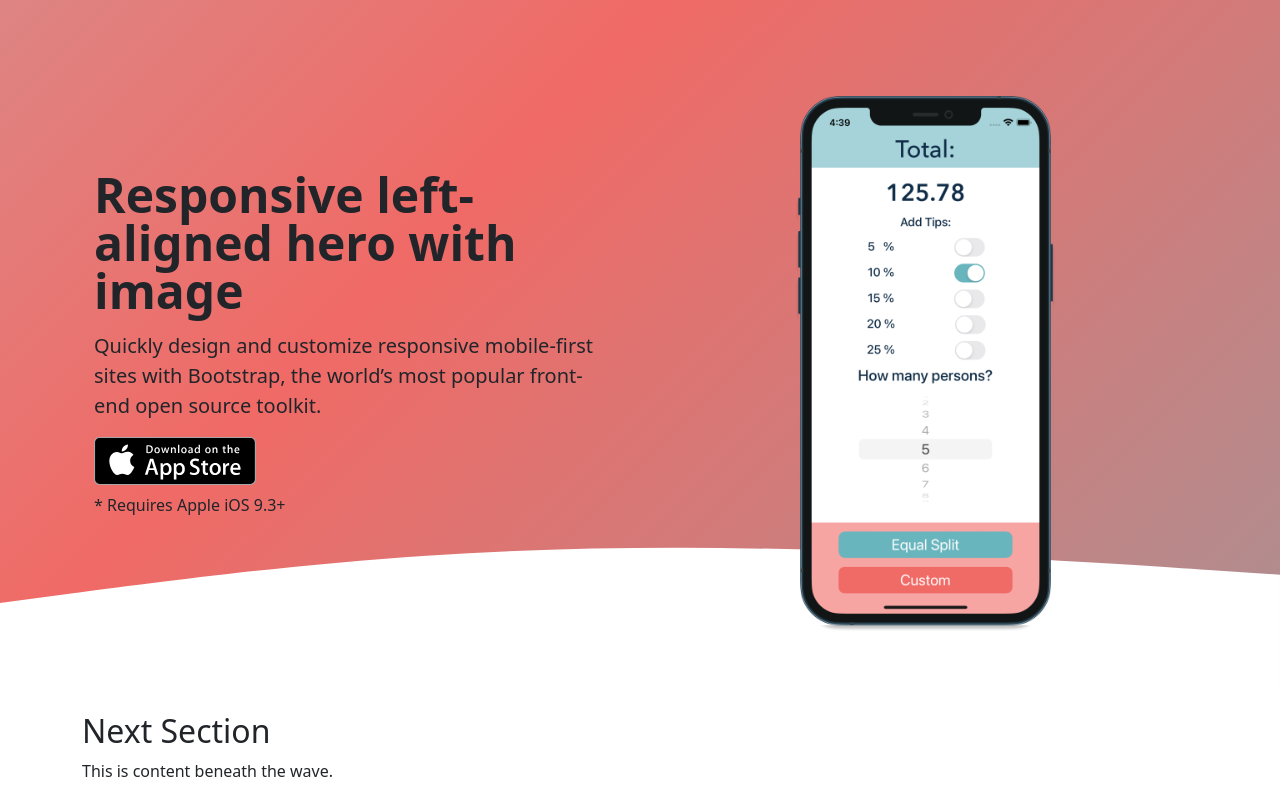
Repository: lyutok/iOS
Page: Billequal_landpage/index.html
These files come from the project's save history. The page is drawn as it stood at one moment and after the next save; the edit follows.
The browser window is 1280 px wide. The pictures show the whole page.

Above is the page before, as saved 2025-10-17 00:24:47.

### Billequal_landpage/index.html
<!DOCTYPE html>
<html lang="en">
<head>
  <meta charset="UTF-8">
  <meta name="viewport" content="width=device-width, initial-scale=1.0">
  <title>Billequal</title>
  <link href="https://cdn.jsdelivr.net/npm/bootstrap@5.2.3/dist/css/bootstrap.min.css" rel="stylesheet" integrity="sha384-rbsA2VBKQhggwzxH7pPCaAqO46MgnOM80zW1RWuH61DGLwZJEdK2Kadq2F9CUG65" crossorigin="anonymous">
  <link rel="stylesheet" href="./css/style.css">
</head>
<body>
<section id="main" class="gradient-background position-relative overflow-hidden">
  <div class="container col-xxl-8 px-4 py-5 position-relative" style="z-index: 2;">
    <div class="row flex-lg-row-reverse align-items-center g-5 py-5">
      <div class="col-10 col-sm-8 col-lg-6">
        <img src="./images/Billequal_home.png"
             class="d-block mx-lg-auto img-fluid hero-image"
             alt="billequal screenshot"
             height="50 %"
             loading="lazy">
      </div>
      <div class="col-lg-6">
        <h1 class="display-5 fw-bold lh-1 mb-3">
          Responsive left-aligned hero with image
        </h1>
        <p class="lead">
          Quickly design and customize responsive mobile-first sites with Bootstrap, the world’s most popular front-end open source toolkit.
        </p>
        <div class="mb-5 mb-lg-0">
          <a class="me-3" href="#!">
            <img src="./images/app-store-badge.svg" style="height: 3rem">
          </a>
          <div class="page-header-ui-text mt-2 text-xs font-italic">
            * Requires Apple iOS 9.3+
          </div>
        </div>
      </div>
    </div>
  </div>

  <!-- 🌊 Wave divider -->
  <div class="wave-divider position-absolute bottom-0 start-0 w-100" style="z-index: 1;">
    <svg viewBox="0 0 1440 320" xmlns="http://www.w3.org/2000/svg">
      <path fill="#ffffff" fill-opacity="1"
        d="M0,224L80,213.3C160,203,320,181,480,170.7C640,160,800,160,960,165.3C1120,171,1280,181,1360,186.7L1440,192L1440,320L1360,320C1280,320,1120,320,960,320C800,320,640,320,480,320C320,320,160,320,80,320L0,320Z">
      </path>
    </svg>
  </div>
</section>

<section class="container my-4">
  <h2>Next Section</h2>
  <p>This is content beneath the wave.</p>
</section>

</body>
</html>

### Billequal_landpage/css/style.css
.gradient-background {
	background: linear-gradient(-45deg, #69B5BE, #F06A66, #A5D3D9, #F7A5A3);
	background-size: 400% 400%;
	animation: gradient 15s ease infinite;
}

@keyframes gradient {
	0% {
		background-position: 0% 50%;
	}
	50% {
		background-position: 100% 50%;
	}
	100% {
		background-position: 0% 50%;
	}
}

/* .gradient-background {
  background: linear-gradient(135deg, #69B5BE, #F06A66);
  color: white;
  position: relative;
} */

/* Keep SVG under the content */
.wave-divider svg {
  display: block;
  width: 100%;
  height: auto;
}

/* Float the hero image slightly above the wave */
.hero-image {
  position: relative;
  z-index: 3; /* 👈 This ensures it stays above the SVG */
  margin-bottom: -40px; /* Moves it down toward the wave visually */
  /* box-shadow: 0 20px 40px rgba(0, 0, 0, 0.3); */
  border-radius: 35px;
  max-width: 50%;
}

After the next save:
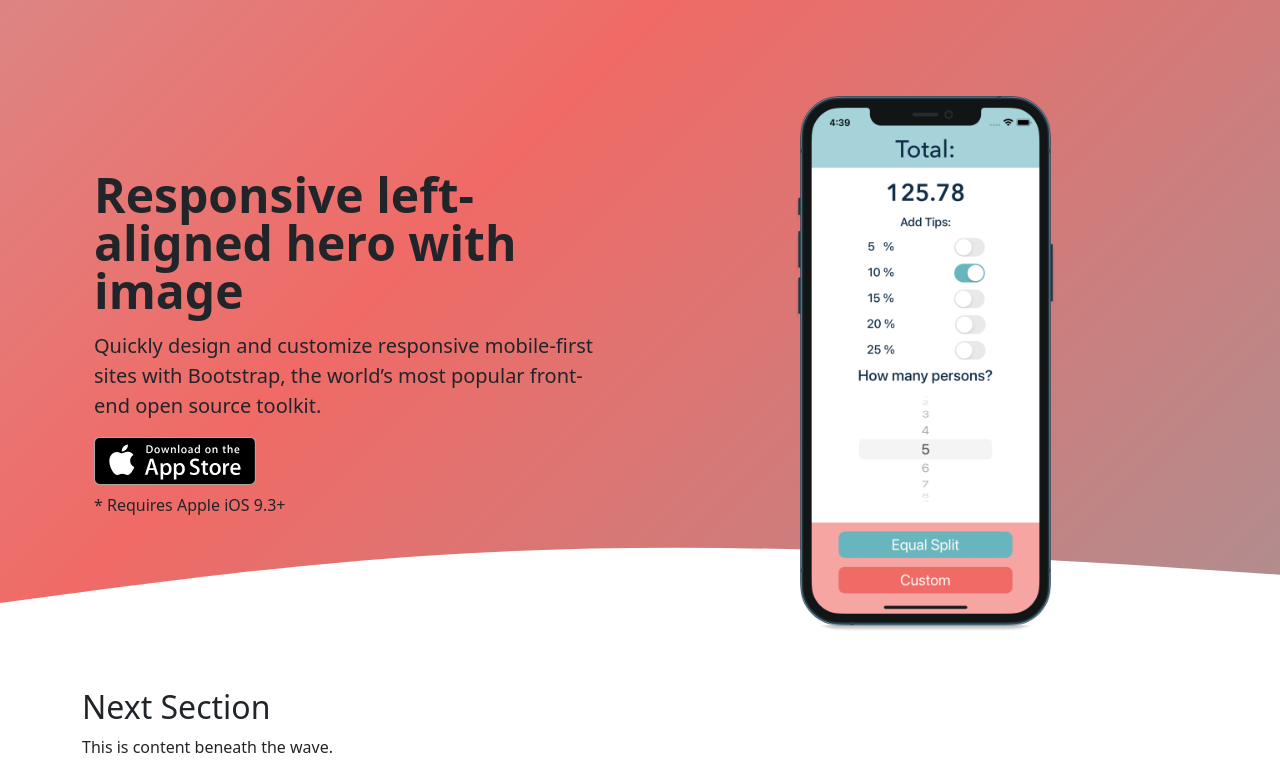
Saved 3 min 16 s later.
--- a/Billequal_landpage/index.html
+++ b/Billequal_landpage/index.html
@@ -47,7 +47,7 @@
   </div>
 </section>
 
-<section class="container my-4">
+<section class="container">
   <h2>Next Section</h2>
   <p>This is content beneath the wave.</p>
 </section>

After the save that followed:
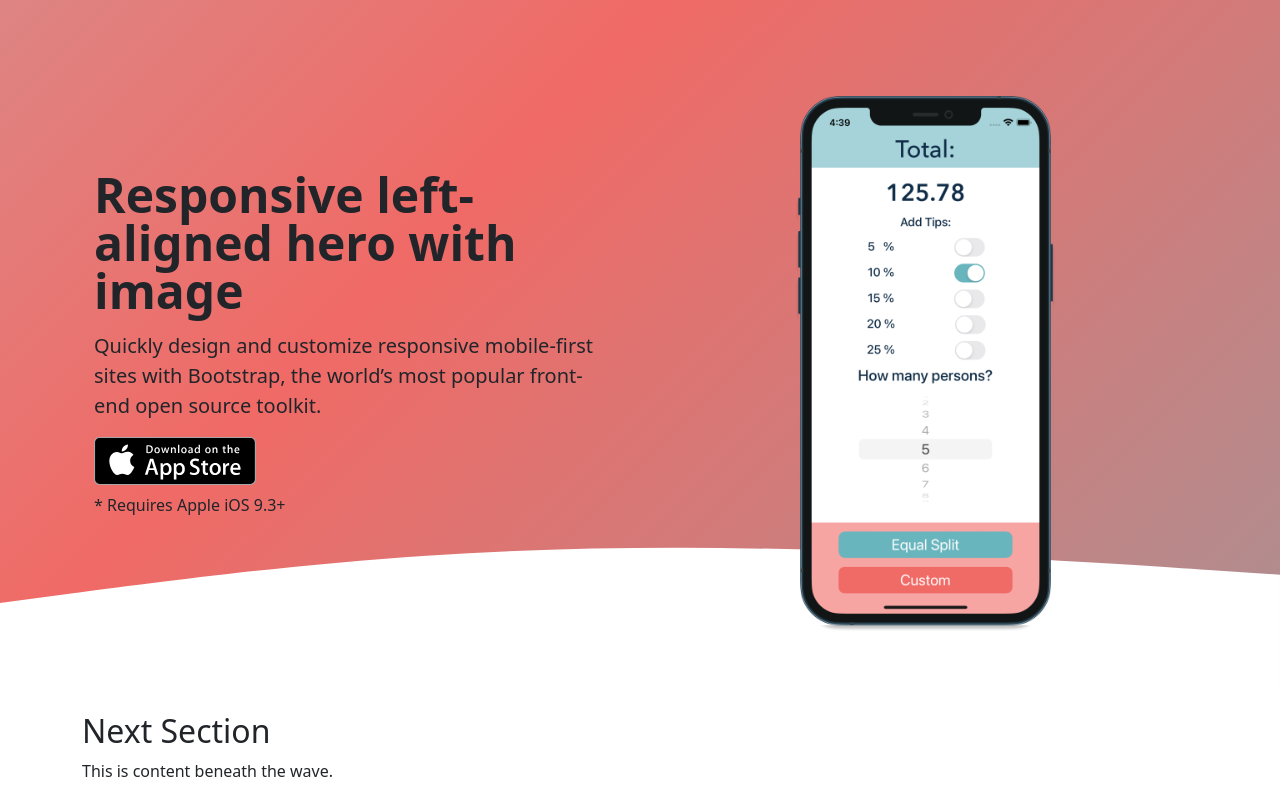
Saved 34 s later.
--- a/Billequal_landpage/index.html
+++ b/Billequal_landpage/index.html
@@ -47,7 +47,7 @@
   </div>
 </section>
 
-<section class="container">
+<section class="container my-4">
   <h2>Next Section</h2>
   <p>This is content beneath the wave.</p>
 </section>
